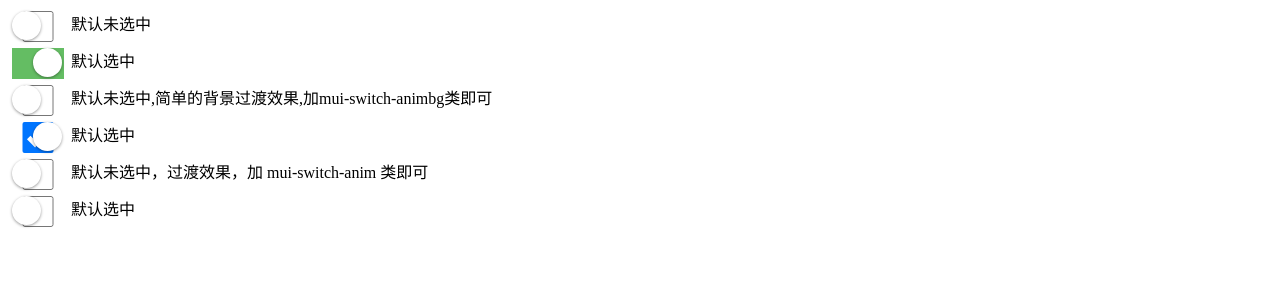
Repository: Germtao/Web
Page: web_css/css_others.html
These files come from the project's save history. The page is drawn as it stood at one moment and after the next save; the edit follows.
The browser window is 1280 px wide. The pictures show the whole page.

Above is the page before, as saved 2020-11-05 16:19:49.

### web_css/css_others.html
<!DOCTYPE html>
<html lang="en">

<head>
  <meta charset="UTF-8">
  <meta name="viewport" content="width=device-width, initial-scale=1.0">
  <title>Others</title>

  <style>
    label {
      display: block;
      vertical-align: middle;
    }

    input,
    select {
      vertical-align: middle;
    }

    .mui-switch {
      width: 52px;
      height: 31px;
      position: relative;
      border: 1px solid #dfdfdf;
      background-color: #fdfdfd;
      box-shadow: #dfdfdf 0 0 0 0 inset;
      border-radius: 20px;
      border-top-left-radius: 20px;
      border-top-right-radius: 20px;
      border-bottom-left-radius: 20px;
      border-bottom-right-radius: 20px;
      background-clip: content-box;
      display: inline-block;
      user-select: none;
      outline: none;
    }

    .mui-switch::before {
      content: '';
      width: 29px;
      height: 29px;
      position: absolute;
      top: 0;
      left: 0;
      border-radius: 20px;
      border-top-left-radius: 20px;
      border-top-right-radius: 20px;
      border-bottom-left-radius: 20px;
      border-bottom-right-radius: 20px;
      background-color: #fff;
      box-shadow: 0 1px 3px rgba(0, 0, 0, 0.4);
    }

    .mui-switch:checked {
      border-color: #64bd63;
      box-shadow: #64bd63 0 0 0 16px inset;
      background-color: #64bd63;
    }

    .mui-switch:checked::before {
      left: 21px;
    }

    .mui-switch.mui-switch-animbg {
      transition: background-color ease 0.4s;
    }

    .mui-switch.mui-switch-animbg::before {
      transition: left 0.3s;
    }

    .mui-switch.mui-switch-animbg:checked {
      box-shadow: #dfdfdf 0 0 0 0 inset;
      background-color: #64bd63;
      transition: border-color 0.4s background-color ease 0.4s;
    }

    .mui-switch.mui-switch-animbg:checked::before {
      transition: left 0.3s;
    }

    .mui-switch.mui-switch-anim {
      transition: border cubic-bezier(0, 0, 0, 1) 0.4s, box-shadow cubic-bezier(0, 0, 0, 1) 0.4s;
    }

    .mui-switch.mui-switch-anim::before {
      transition: left 0.3s;
    }

    .mui-switch.mui-switch-anim:checked {
      box-shadow: #64bd63 0 0 0 16px inset;
      background-color: #64bd63;
      transition: border ease 0.4s, box-shadow ease 0.4s, background-color ease 1.2s;
    }

    .mui-switch.mui-switch-anim:checked::before {
      transition: left 0.3s;
    }
  </style>
</head>

<body>
  <label for="">
    <input class="mui-switch" type="checkbox">
    默认未选中
  </label>

  <label for="">
    <input class="mui-switch" type="checkbox" checked>
    默认选中
  </label>

  <label for="">
    <input class="mui-switch mui-switch-animbg" type="checkbox">
    默认未选中,简单的背景过渡效果,加mui-switch-animbg类即可
  </label>

  <label for="">
    <input class="mui-switch mui-switch-animbg" type="checkbox" checked>
    默认选中
  </label>

  <label for="">
    <input class="mui-switch mui-switch-anim" type="checkbox">
    默认未选中，过渡效果，加 mui-switch-anim 类即可
  </label>

  <label for="">
    <input class="mui-switch mui-switch-anim" type="checkbox">
    默认选中
  </label>
</body>

</html>

After the next save:
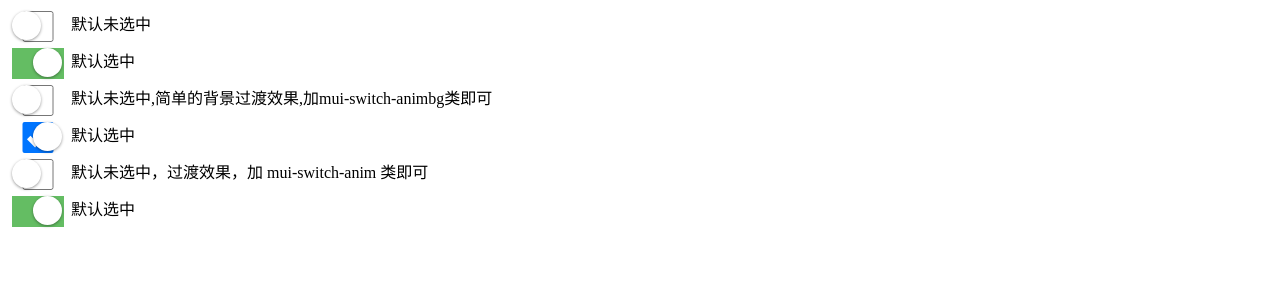
Saved 36 s later.
--- a/web_css/css_others.html
+++ b/web_css/css_others.html
@@ -126,7 +126,7 @@
   </label>
 
   <label for="">
-    <input class="mui-switch mui-switch-anim" type="checkbox">
+    <input class="mui-switch mui-switch-anim" type="checkbox" checked>
     默认选中
   </label>
 </body>
